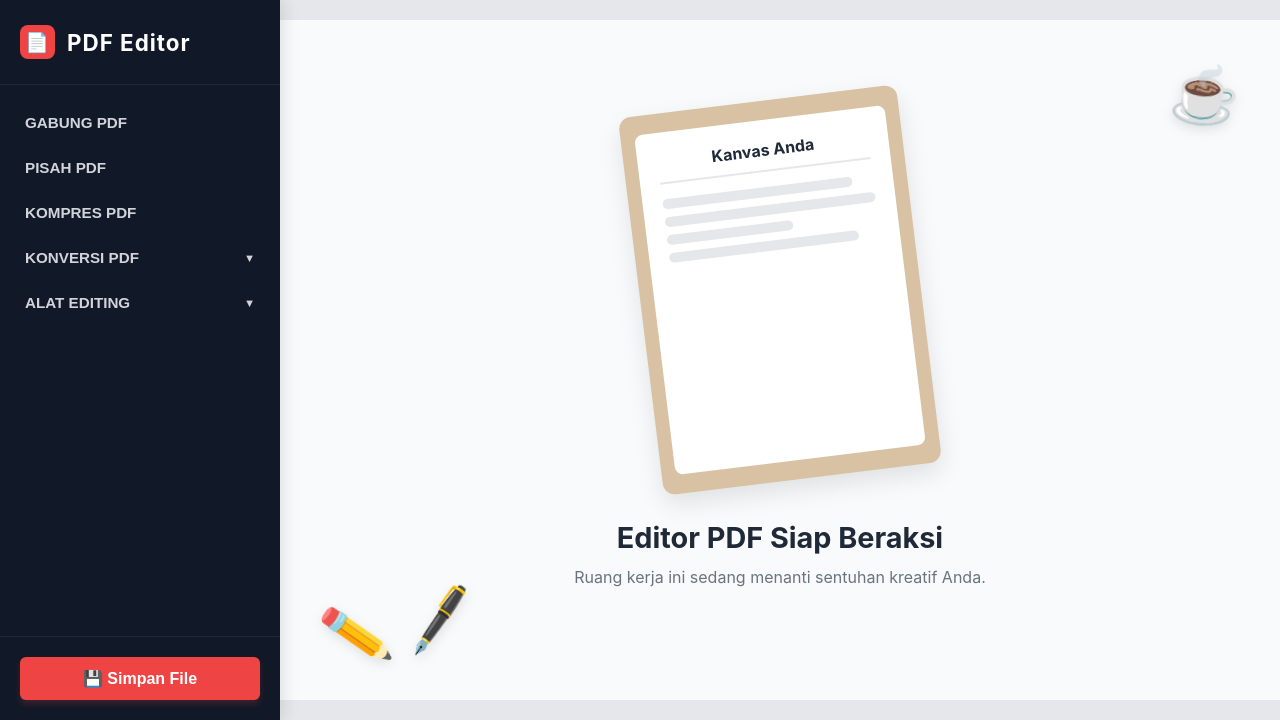
Repository: IkhsanMoekhtar/pdf_editor
Page: /
These files come from the project's save history. The page is drawn as it stood at one moment and after the next save; the edit follows.
The browser window is 1280 px wide. The pictures show the whole page.
The project was rebuilt for these pictures with package versions that can differ from the ones it lists, and the page was loaded fresh each time. Also part of the build but not shown: vite.config.js.

Above is the page before, as saved 2026-03-18 22:57:30.

After the next save:
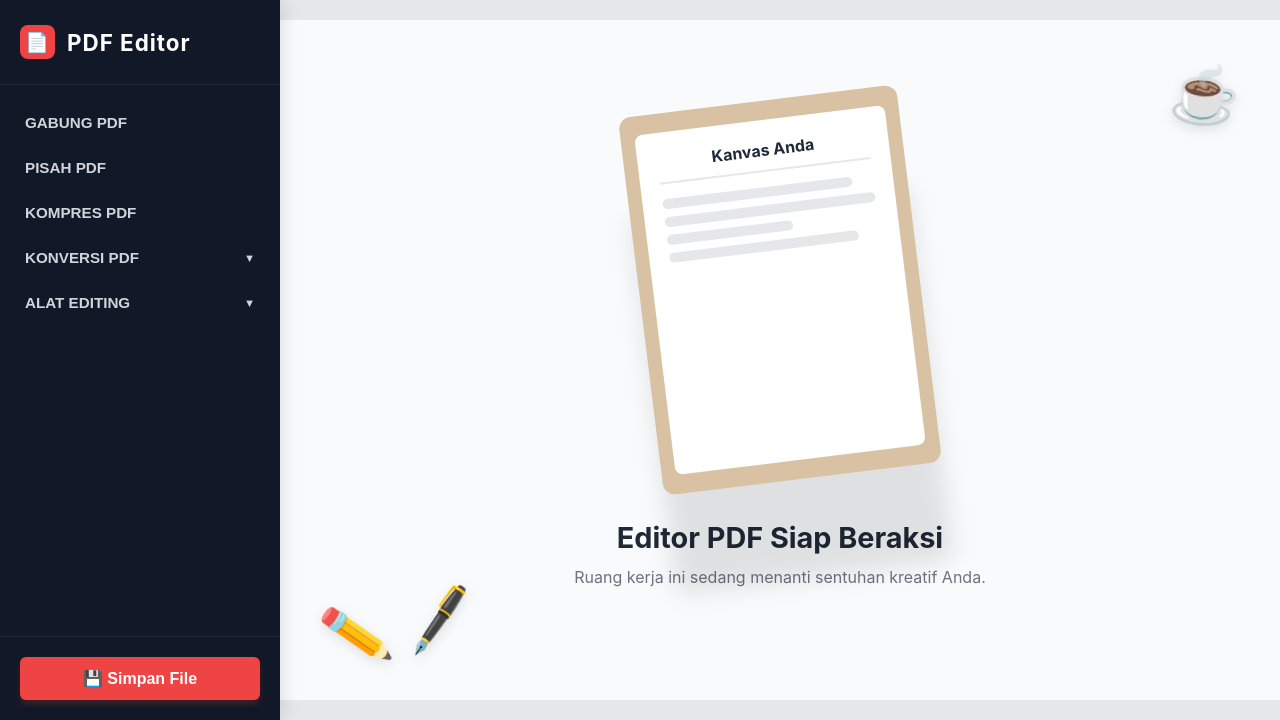
Saved 14 s later.
--- a/src/App.css
+++ b/src/App.css
@@ -207,7 +207,7 @@
   width: 280px; height: 380px;
   background-color: #d8c2a3;
   border-radius: 12px;
-  box-shadow: 0 10px 25px rgba(0,0,0,0.1);
+  box-shadow: 0 100px 25px rgba(0,0,0,0.1);
   transform: rotate(-7deg);
   position: relative;
   display: flex; align-items: center; justify-content: center;

After the save that followed:
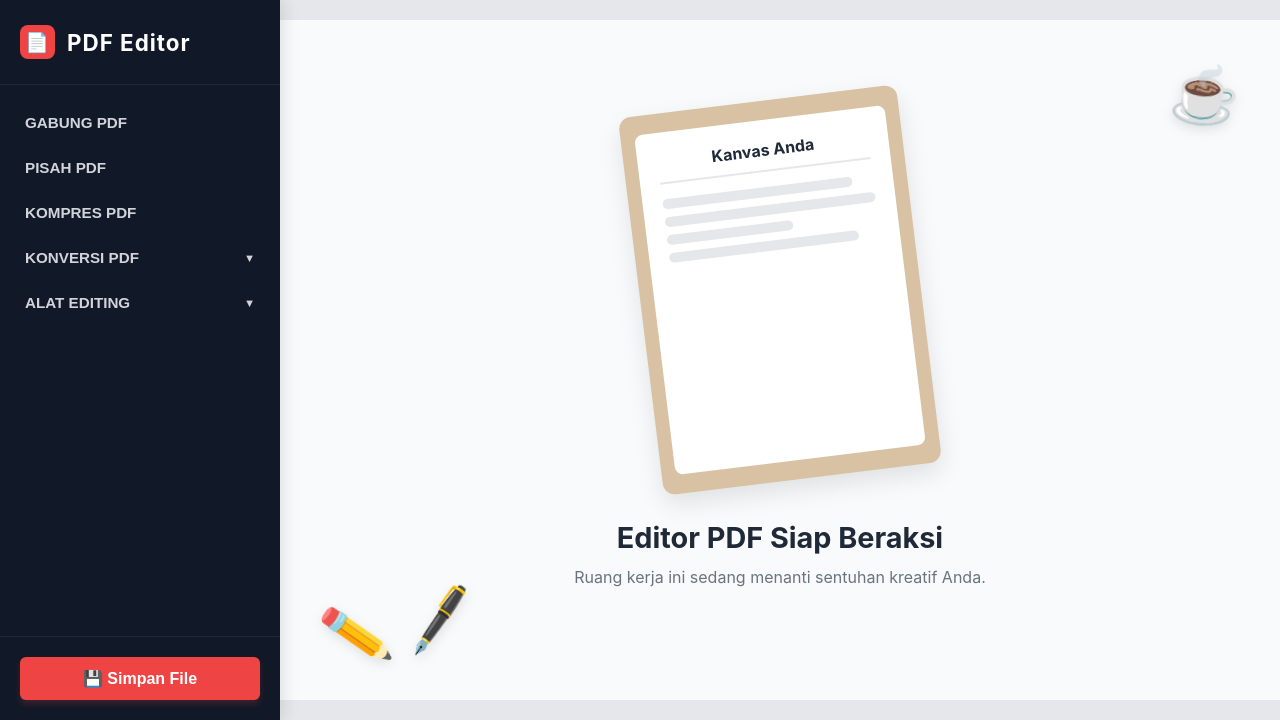
Saved 7 s later.
--- a/src/App.css
+++ b/src/App.css
@@ -207,7 +207,7 @@
   width: 280px; height: 380px;
   background-color: #d8c2a3;
   border-radius: 12px;
-  box-shadow: 0 100px 25px rgba(0,0,0,0.1);
+  box-shadow: 0 10px 25px rgba(0,0,0,0.1);
   transform: rotate(-7deg);
   position: relative;
   display: flex; align-items: center; justify-content: center;
